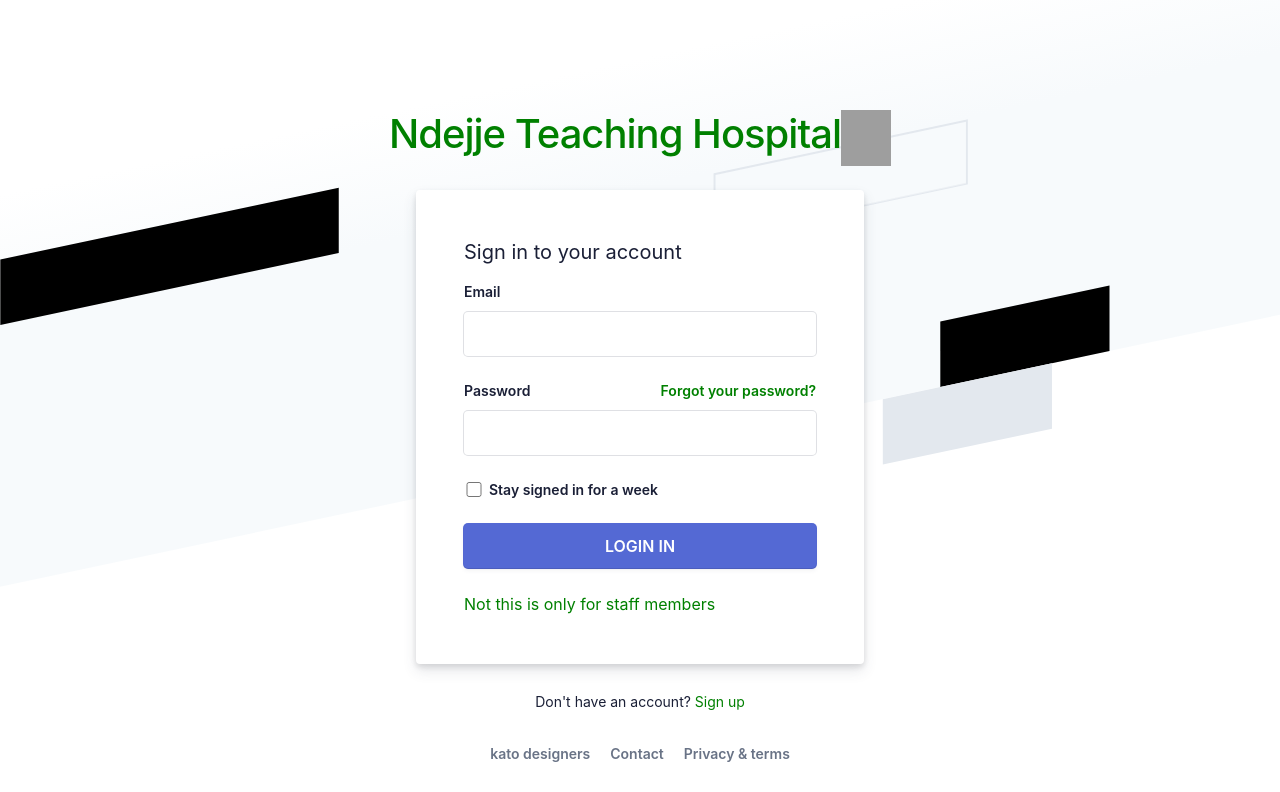
Repository: kluivert-ssali/katoMessi
Page: http://localhost/login.php
The author's editor kept a copy of each file at every save. The page is drawn from the files as they stood at one save, then again after a run of saves.
The browser window is 1280 px wide. The pictures show the whole page.
Pictures or frames that could not be fetched are drawn as grey boxes. Some web libraries are served in a nearby version. The page is run by PHP 8.4 with error messages shown; the project is at /var/www/html/.

Above is the page before, as saved 2022-05-13 23:52:20.

After the next 2 saves:
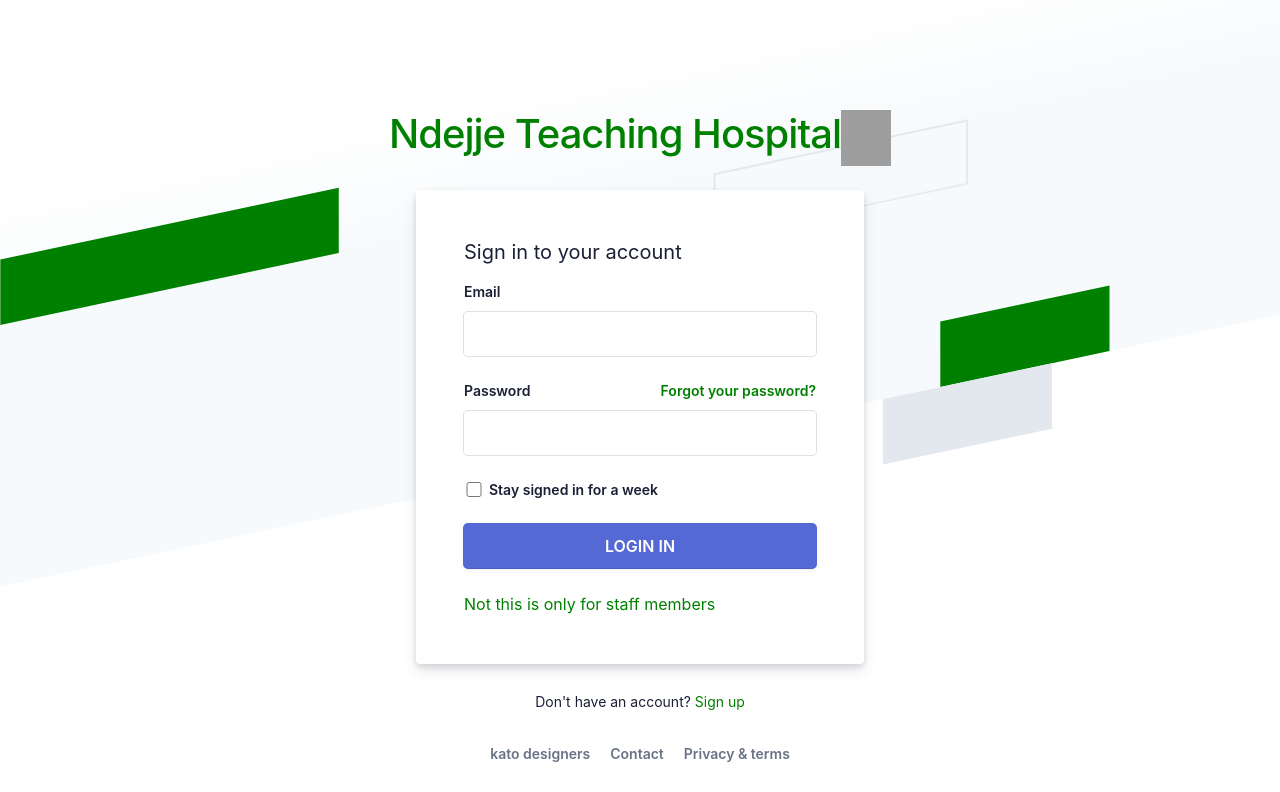
The 2 saves are shown as one change because they came seconds apart.
The last was saved 37 s later.
--- a/login.php
+++ b/login.php
@@ -92,7 +92,7 @@ a {
     box-shadow: inset 0 0 0 2px #e3e8ee;
 }
 .box-background--blue {
-    background-color:black;
+    background-color:green;
 }
 .box-background--white {
   background-color: #ffffff;
